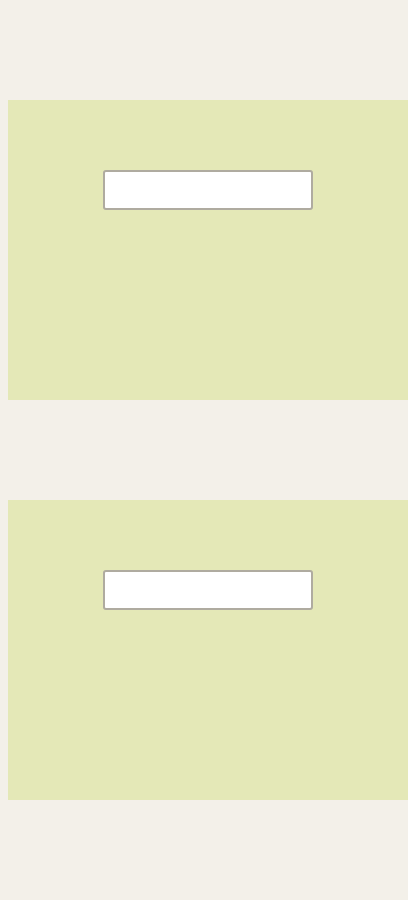
Repository: NadiaSchmitz/dual_dezimal.githab.io
Page: index.html
The author's editor kept a record of every edit. The page is drawn from the files as they stood at one moment, then again after the next edit.
The browser window is 375 px wide. The page is 408 px wide, then 375 px, so the pictures cover 408 px, including what lies to the right of the window. The pictures show the whole page.

Above is the page before.

After the next edit:
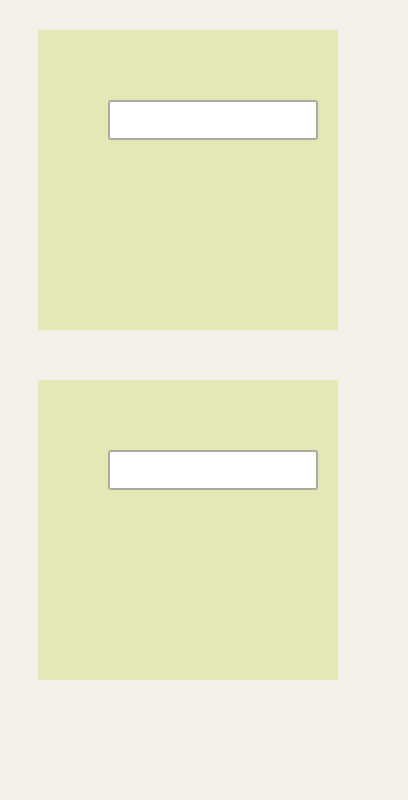
The edit:
--- a/style.css
+++ b/style.css
@@ -12,8 +12,8 @@
 
 @media only screen and (max-width: 500px) {
   .wrapper {
-    width: 400px;
-    margin: 100px auto;
+    width: 300px;
+    margin: 30px auto;
   }
 }
 
